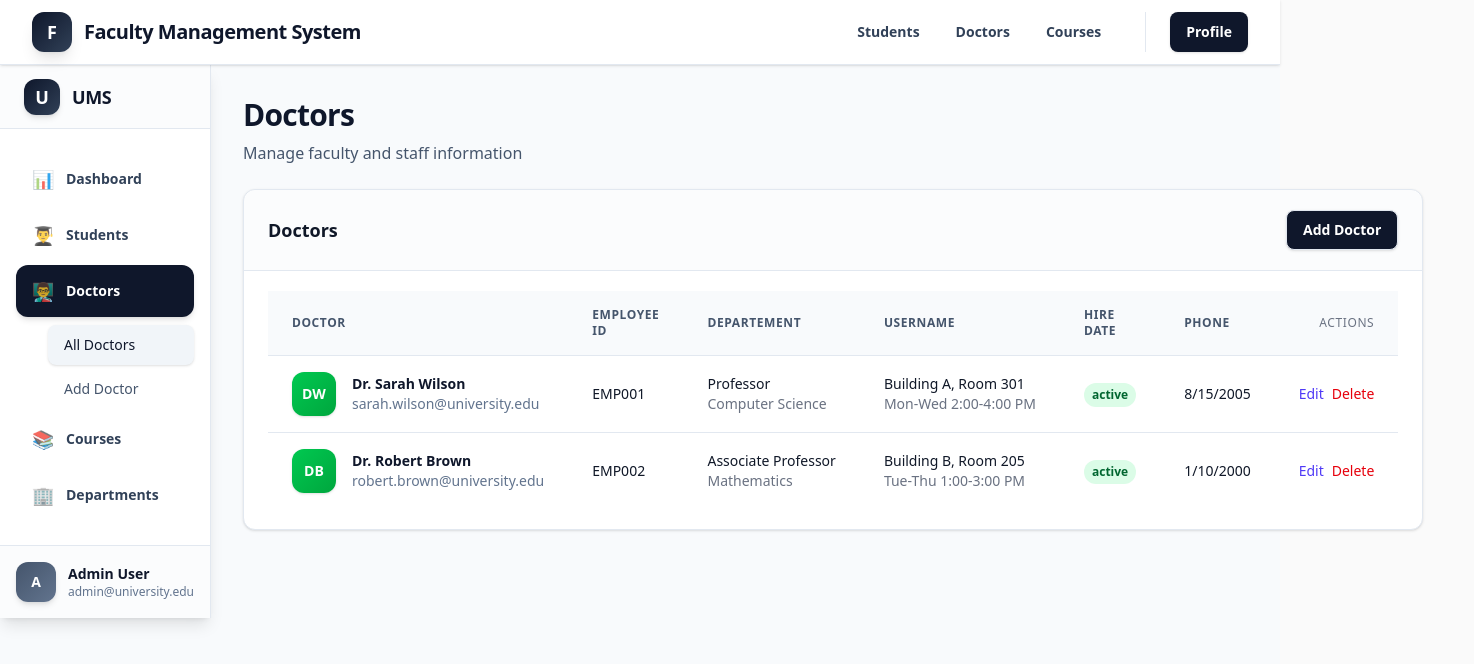
Repository: Mohamedmohsen179/Advanced-DB-Task
Page: /doctors (app in frontend/)
These files come from the project's save history. The page is drawn as it stood at one moment and after the next save; the edit follows.
The browser window is 1280 px wide. The page is 1455 px wide, then 1474 px, so the pictures cover 1474 px, including what lies to the right of the window. The pictures show the whole page.
The page's requests for data from a server got no answer. The project was rebuilt for these pictures with package versions that can differ from the ones it lists, and the page was loaded fresh each time. The framework's server and built-in components were replaced by stand-ins that run in the browser. No one was signed in, and anything a server would have sent is missing. Also part of the build but not shown: frontend/next.config.ts.

Above is the page before, as saved 2025-11-28 16:48:38.

After the next save:
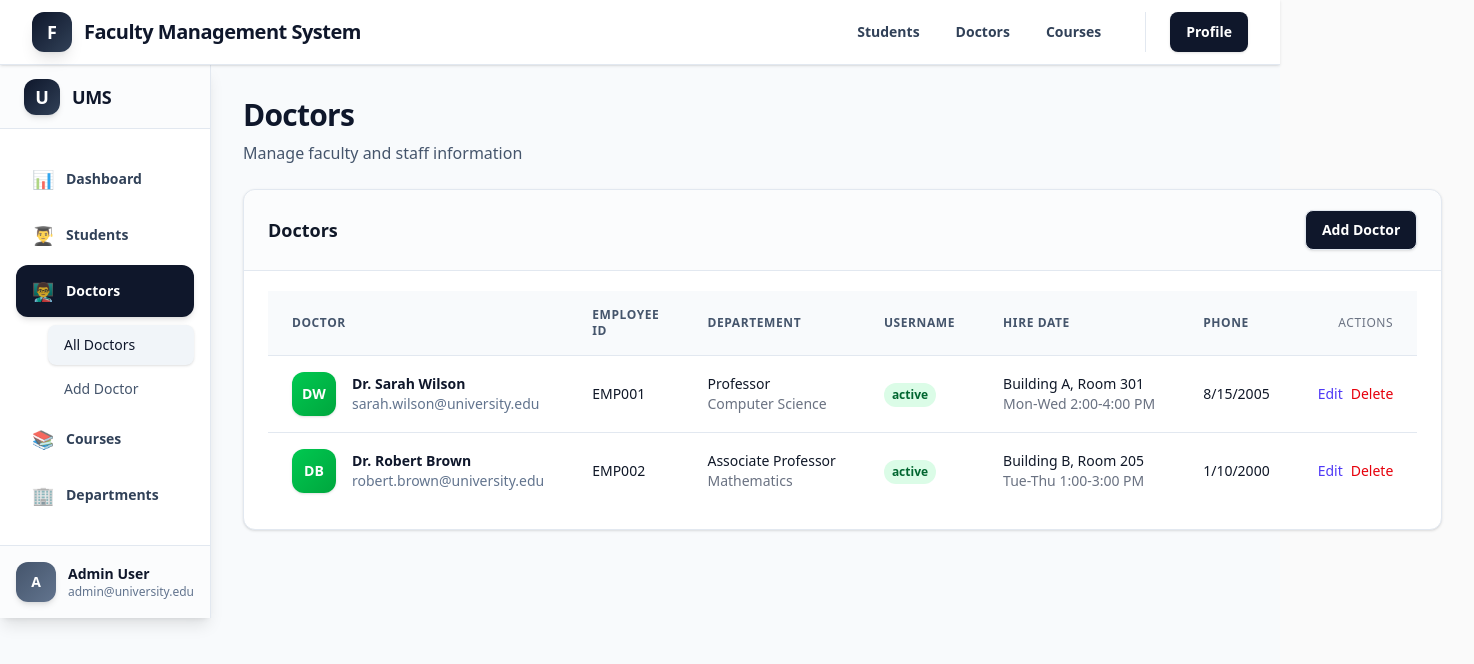
Saved 12 s later.
--- a/frontend/components/doctors/DoctorTable.tsx
+++ b/frontend/components/doctors/DoctorTable.tsx
@@ -122,10 +122,7 @@ export default function DoctorTable({
                     <div className="text-sm text-gray-900">{doctor.title}</div>
                     <div className="text-sm text-gray-500">{doctor.specialization || 'General'}</div>
                   </td>
-                  <td className="px-6 py-4 whitespace-nowrap">
-                    <div className="text-sm text-gray-900">{doctor.officeLocation || 'Not assigned'}</div>
-                    <div className="text-sm text-gray-500">{doctor.officeHours || 'Not set'}</div>
-                  </td>
+
                   <td className="px-6 py-4 whitespace-nowrap">
                     <span className={`inline-flex px-2 py-1 text-xs font-semibold rounded-full ${doctor.status === 'active'
                       ? 'bg-green-100 text-green-800'
@@ -138,6 +135,12 @@ export default function DoctorTable({
                       {doctor.status.replace('_', ' ')}
                     </span>
                   </td>
+
+                  <td className="px-6 py-4 whitespace-nowrap">
+                    <div className="text-sm text-gray-900">{doctor.officeLocation || 'Not assigned'}</div>
+                    <div className="text-sm text-gray-500">{doctor.officeHours || 'Not set'}</div>
+                  </td>
+
                   <td className="px-6 py-4 whitespace-nowrap text-sm text-gray-900">
                     {new Date(doctor.hireDate).toLocaleDateString()}
                   </td>
